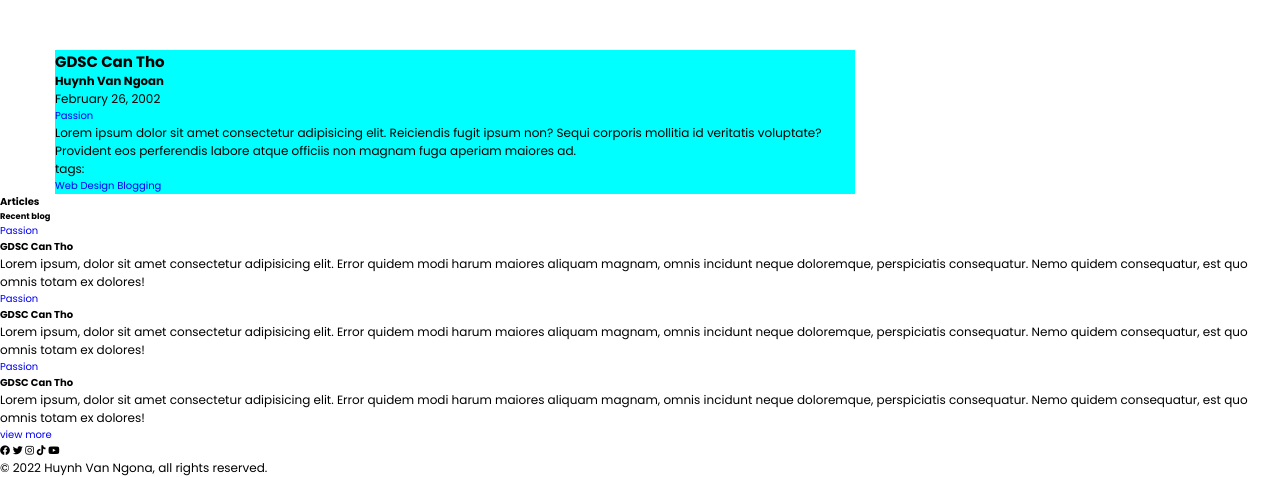
Repository: huynhvanngoan/TaskTeam5
Page: BlogPost/HTML/index.html
The author's editor kept a copy of each file at every save. The page is drawn from the files as they stood at one save, then again after a run of saves.
The browser window is 1280 px wide. The pictures show the part of the page from y = 620 to 1157 px (the page is 1097 px tall before and 1157 px after).

Above is the page before, as saved 2022-10-17 00:33:08.

### BlogPost/HTML/index.html
<!DOCTYPE html>
<html lang="en">

<head>
    <meta charset="UTF-8">
    <meta http-equiv="X-UA-Compatible" content="IE=edge">
    <meta name="viewport" content="width=device-width, initial-scale=1.0">
    <title>Blog Post</title>
    <link rel="stylesheet" href="../CSS/style.css">

    <link rel="stylesheet" href="https://cdnjs.cloudflare.com/ajax/libs/font-awesome/6.2.0/css/all.min.css"
        referrerpolicy="no-referrer" />
</head>

<body>
    <header>
        <div class="navbar container">
            <div class="logo">
                <h1>GDSC Can Tho</h1>
            </div>
            <ul class="nav-list">
                <li><a href="#">Home</a></li>
                <li><a href="#">Work</a></li>
                <li><a href="#">Blog</a></li>
                <li><a href="#">Service</a></li>
                <li><a href="#">About Us</a></li>
                <li><a href="#">Contact Us</a></li>
            </ul>
        </div>
    </header>
    <div class="container">
        <div class="hero"> </div>
        <main>
            <h2>GDSC Can Tho </h2>
            <div class="profile-container">
                <div class="profile">
                    <div class="img-container">

                    </div>
                    <div class="text">
                        <h3>Huynh Van Ngoan</h3>
                        <p>February 26, 2002</p>
                    </div>
                    <div class="button">
                        <a href="#" class="btn">Passion</a>
                    </div>
                </div>
                <div class="content">
                    <p>Lorem ipsum dolor sit amet consectetur adipisicing elit. Reiciendis fugit ipsum non? Sequi corporis mollitia id veritatis voluptate? Provident eos perferendis labore atque officiis non magnam fuga aperiam maiores ad.</p>
                </div>
            </div>
            <div class="tags">
                <p>tags: </p>
                <a href="#">Web Design</a>
                <a href="#">Blogging</a>
            </div>
        </main>
    </div>
    <div class="articles">
        <div class="articles-heading">
            <h4>Articles</h4>
            <h5>Recent blog</h5>
        </div>
        <div class="cards-container">
            <div class="card-container one">
                <div class="img-holder">
                    <a href="#">Passion</a>
                </div>
                <div class="card-text">
                    <h4>GDSC Can Tho</h4>
                    <p>Lorem ipsum, dolor sit amet consectetur adipisicing elit. Error quidem modi harum maiores aliquam magnam, omnis incidunt neque doloremque, perspiciatis consequatur. Nemo quidem consequatur, est quo omnis totam ex dolores!</p>
                </div>
            </div>
            <div class="card-container one">
                <div class="img-holder">
                    <a href="#">Passion</a>
                </div>
                <div class="card-text">
                    <h4>GDSC Can Tho</h4>
                    <p>Lorem ipsum, dolor sit amet consectetur adipisicing elit. Error quidem modi harum maiores aliquam magnam,
                        omnis incidunt neque doloremque, perspiciatis consequatur. Nemo quidem consequatur, est quo omnis totam ex
                        dolores!</p>
                </div>
            </div>
            <div class="card-container one">
                <div class="img-holder">
                    <a href="#">Passion</a>
                </div>
                <div class="card-text">
                    <h4>GDSC Can Tho</h4>
                    <p>Lorem ipsum, dolor sit amet consectetur adipisicing elit. Error quidem modi harum maiores aliquam magnam,
                        omnis incidunt neque doloremque, perspiciatis consequatur. Nemo quidem consequatur, est quo omnis totam ex
                        dolores!</p>
                </div>
            </div>
        </div>
        <div class="button">
            <a href="#" class="btn">view more</a>
        </div>
    </div>
    <footer>
        <div class="icons">
            <div class="social">
                <i class="fab fa-facebook"></i>
                <i class="fab fa-twitter"></i>
                <i class="fab fa-instagram"></i>
                <i class="fab fa-tiktok"></i>
                <i class="fab fa-youtube"></i>
            </div>
            <div class="copyright">
                <p>&copy; 2022 Huynh Van Ngona, all rights reserved.</p>
            </div>
        </div>
    </footer>
</body>

</html>

### BlogPost/CSS/style.css
/* Google font cdn link */
@import url('https://fonts.googleapis.com/css2?family=Poppins:ital,wght@0,100;0,200;0,300;0,400;0,500;0,600;0,700;0,800;0,900;1,100;1,200;1,300;1,400;1,500;1,600;1,700;1,800;1,900&display=swap');

* {
    margin: 0;
    padding: 0;
    box-sizing: border-box;
    font-family: 'Poppins', sans-serif;
}

html{
    font-size: 10px;
}
li{
    list-style: none;
}
a{
    text-decoration: none;
}
h1{
    font-size: 1.9rem;
}
p{
    font-size: 1.2rem;
}
header{
    width: 100%;
    height: 5em;
    background-color: aliceblue;
    position: fixed;
    top: 0;
    z-index: 333;
}
.container{
    width: 96%;
    max-width: 117rem;
    margin: 0 auto;
}
.navbar {
    width: 100%;
    height: 100%;
    display: flex;
    justify-content: space-between;
    align-items: center;
    padding: 0 1.5rem;
}
.navbar h1{
    text-transform: uppercase;
    color:#5b5963;
    font-weight: 600;
    letter-spacing: 2px;
    cursor: pointer;
}
.navbar ul{
    display: flex;
    justify-content: center;
    align-items: center;
}
.navbar ul a{
    font-size: 1.2rem;
    padding: 1.5rem;
    text-transform: uppercase;
    color: #5b5963;
    font-weight:400;
    letter-spacing:2px;
    transition: all 0.4s ease;
}
.navbar ul a:hover{
    color:white;
    background-color: rgb(183, 240, 160);
}
.hero{
    max-width: 100vh;
    height: 57rem;
    background: url(../Images/Background.JPG) no-repeat center center / cover;
    margin: 5rem auto;
}
main{
    width: 100%;
    max-width: 80rem;
    background-color:aqua;
    m
}

After the next 9 saves:
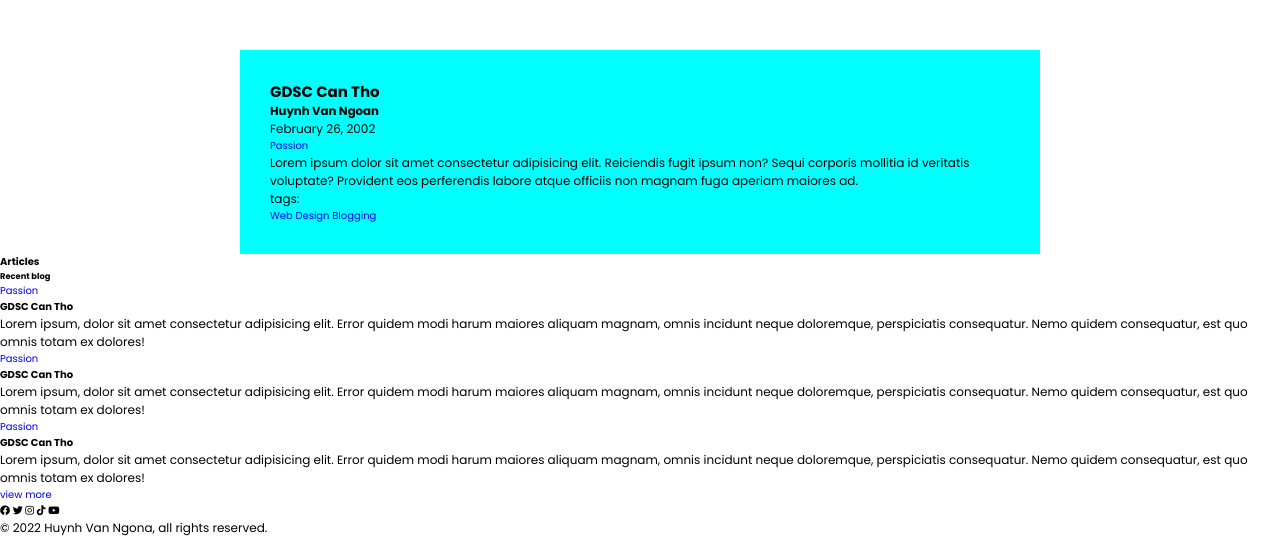
The 9 saves are shown as one change because they came seconds apart.
The last was saved 20 s later.
--- a/BlogPost/CSS/style.css
+++ b/BlogPost/CSS/style.css
@@ -79,5 +79,7 @@ main{
     width: 100%;
     max-width: 80rem;
     background-color:aqua;
-    m
+    margin: 0 auto;
+    padding: 3rem;
+    bora
 }
